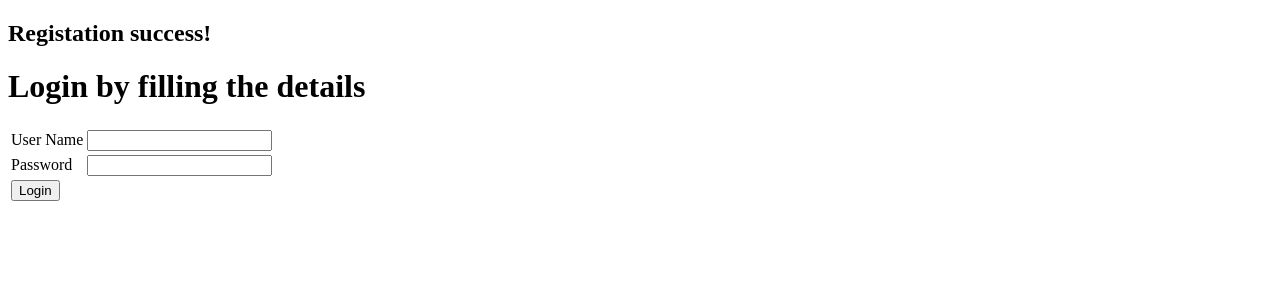
Repository: sultanaNargis03/IndustryReadyJavaSpringBoot
Page: Servlet/workspace/Learningportal/src/main/webapp/registersuccess.html
An editor plug-in stored every save of this project. The page is shown before and after the next save, followed by the edit.
The browser window is 1280 px wide. The pictures show the whole page.

Above is the page before, as saved 2023-12-07 12:59:15.

### Servlet/workspace/Learningportal/src/main/webapp/registersuccess.html
<!DOCTYPE html>
<html>
<head>
<meta charset="ISO-8859-1">
<title>Register success</title>
</head>
<body>
<h2>Registation success!</h2>
<h1>Login by filling the details</h1>

<form method="post" action="./login">
	<table>
		<tr>
			<td>User Name</td>
			<td><input type="text" name="uname"</td>
		</tr>

			<td>Password</td>
			<td><input type="password" name="password"</td>
		</tr>

		<tr>
			<td><input type="submit" value="Login"</td>
		</tr>
	</table>
</form>

</body>
</html>

After the next save:
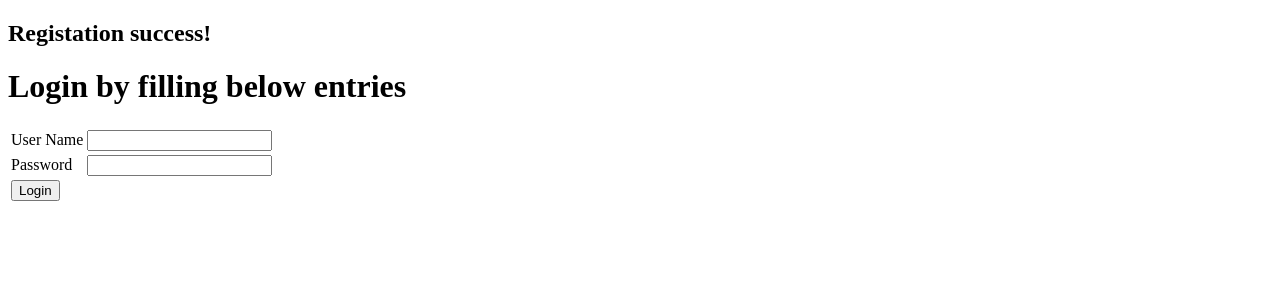
Saved 6 min 18 s later.
--- a/Servlet/workspace/Learningportal/src/main/webapp/registersuccess.html
+++ b/Servlet/workspace/Learningportal/src/main/webapp/registersuccess.html
@@ -6,7 +6,7 @@
 </head>
 <body>
 <h2>Registation success!</h2>
-<h1>Login by filling the details</h1>
+<h1>Login by filling below entries</h1>
 
 <form method="post" action="./login">
 	<table>
